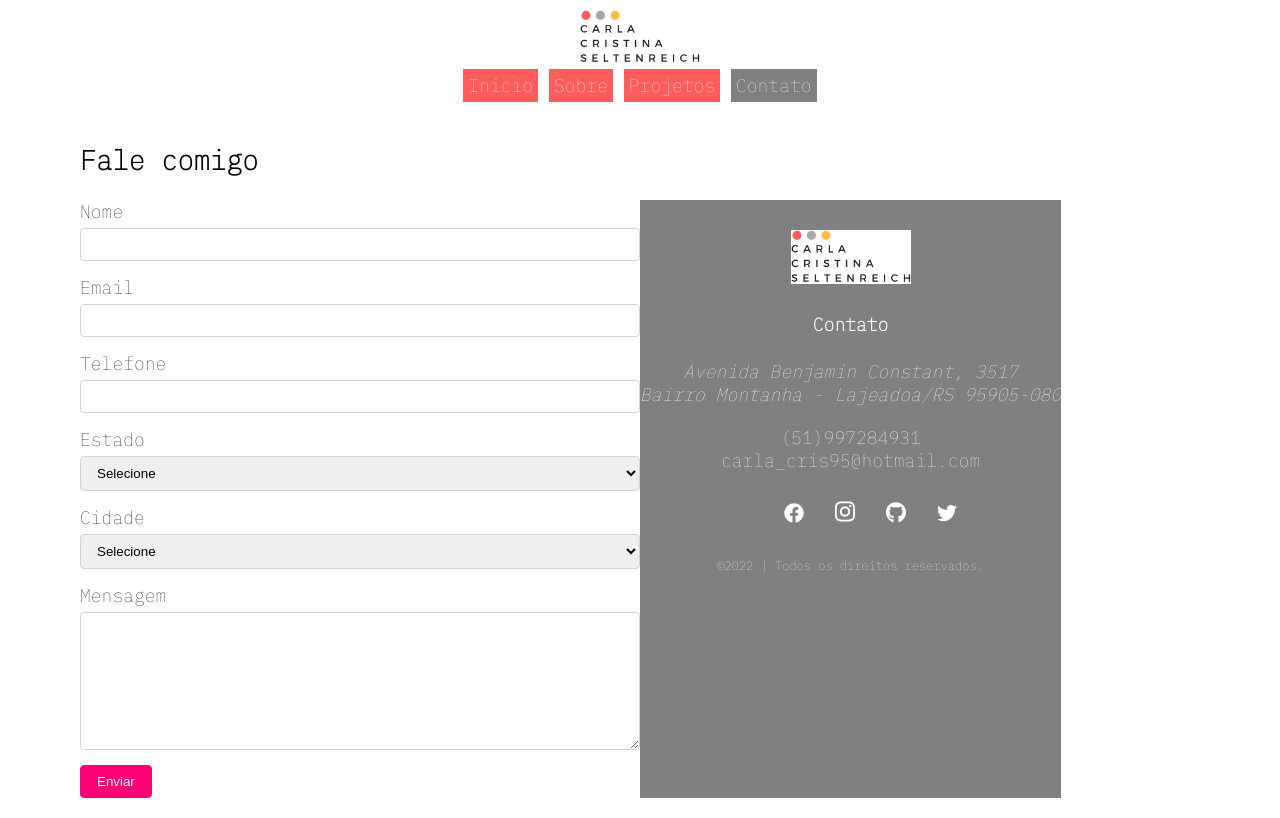
Repository: carla-seltenreich/portfolio
Page: contact.html
The author's editor kept a copy of each file at every save. The page is drawn from the files as they stood at one save, then again after the next save.
The browser window is 1280 px wide. The pictures show the whole page.

Above is the page before, as saved 2022-05-26 04:39:16.

### contact.html
<!DOCTYPE html>
<html lang="en">

<head>
    <meta charset="UTF-8">
    <meta http-equiv="X-UA-Compatible" content="IE=edge">
    <meta name="viewport" content="width=device-width, initial-scale=1.0">
    <title>Carla Cristina Seltenreich</title>
    <link rel="preconnect" href="https://fonts.googleapis.com">
    <link rel="preconnect" href="https://fonts.gstatic.com" crossorigin>
    <link rel="stylesheet" href="style.css">

    <link href="preconnect" href="https://fonts.googleapis.com">
    <link rel="preconnect" href="https://fonts.gstatic.com" crossorigin>
    <link href="https://fonts.googleapis.com/css2?family=IBM+Plex+Mono:wght@100&family=Questrial&display=swap"
        rel="stylesheet">
</head>

<body>
    <header class="header">
        <div class="container header-container">
            <a href="index.html"><img src="Carla cristina sELTENREICH.jpg" alt="logo" class="brand"></a>
            <ul class="nav">
                <li>
                    <a href="index.html">Inicio</a>
                </li>
                <li>
                    <a href="about.html">Sobre</a>
                </li>
                <li>
                    <a href="project.html">Projetos</a>
                </li>
                <li>
                    <a href="contact.html" class="active">Contato</a>
                </li>
            </ul>
        </div>
    </header>
    <section class="container">
        <h2>Fale comigo</h2>
        <div class="page-contact">
            <form class="page-contact-form">
                <div class="form-group">
                    <label for="name">Nome</label>
                    <input class="form-item" type="text" id="name" name="name">
                </div>
                <div class="form-group">
                    <label for="email">Email</label>
                    <input class="form-item" type="email" id="email" name="email">
                </div>
                <div class="form-group">
                    <label for="phone">Telefone</label>
                    <input class="form-item" type="tel" id="phone" name="phone">
                </div>
                <div class="form-group">
                    <label for="UF">Estado</label>
                    <select class="form-item" id="UF" name="UF">
                        <option value="">Selecione</option>
                        <option value="rs">RS</option>
                    </select>
                </div>
                <div class="form-group">
                    <label for="city">Cidade</label>
                    <select class="form-item" id="city" name="city">
                        <option value="">Selecione</option>
                        <option value="1">Lajeado</option>
                    </select>
                </div>
                <div class="form-group">
                    <label for="message">Mensagem</label>
                    <textarea class="form-item" id="message" name="message" rows="8"></textarea>
                </div>
                <input type="submit" value="Enviar" class="btn">
            </form>
    <footer class="footer">
        <div class="container">
            <a href="index.html"><img src="Carla cristina sELTENREICH.jpg" alt="logo" class="brand"></a>
            <div class="footer-container">
                <div class="footer-contact">
                    <h4>Contato</h4>

                    <address>Avenida Benjamin Constant, 3517 <br />Bairro Montanha - Lajeadoa/RS 95905-080
                    </address>
                    <a href="#">(51)997284931</a>
                    <a href="#">carla_cris95@hotmail.com</a>
                </div>

                <div class="footer-social-medias">
                    <ul class="social-medias">
                        <li><a href="https://www.facebook.com/carla.cristina.16144/"><img src="facebook-brands (1).svg"
                                    alt="logo-facebook" class="logo-socialmedia"></a></li>
                        <li><a href="https://www.instagram.com/100meat/"><img src="instagram-brands (1).svg"
                                    alt="logo-instagram" class="logo-socialmedia"></a></li>
                        <li><a href="https://github.com/carla-seltenreich"><img src="github-brands.svg"
                                    alt="logo-github" class="logo-socialmedia"></a></li>
                        <li><a href="https://twitter.com/100meat"><img src="twitter-brands (1).svg" alt="logo-twitter"
                                    class="logo-socialmedia"></a></li>
                    </ul>
                </div>
                <div class="copyright">©2022 | Todos os direitos reservados.</div>
            </div>
    </footer>
</body>

</html>

### style.css
body {
    font-family: 'IBM Plex Mono';
    font-size: 18px;
    padding-top: 120px;
    margin: 0;
}

.container {
    max-width: 1120px;
    margin: 0 auto;
}

.header {
    background: #fff;
    position: absolute;
    width: 100%;
    text-align: center;
    top: 0;
    z-index: 1;
    padding: 10px 0;
    box-sizing: border-box;
    align-items: center;
}

.brand {
    max-width: 120px;
}

.nav {
    margin: 0;
    padding: 0;
    list-style: none;
}

.nav li {
    background-color: #ff5c5c;
    display: inline-block;
}

.nav a {
    color: #fff;
    display: block;
    padding: 5px;
    text-decoration: none;
}

.nav a:hover {
    color: gray;

}

.nav a.active {
    color: #fff;
    background: gray;
}

.name {
    padding: 7px;
}

.name-title {
    text-align: center;
    font-size: 30px;
}


.photo-banner {
    background-color: #ff5c5c;
    width: 500px;
    display: block;
    max-width: 100%;
    margin: 0 auto;
    border-radius: 8px;
}

.lastest-projects-home {
    background-color: #ff5c5c;
    color: #fff;
    padding: 50px;
    position: center;
}

.logo-project {
    width: 30px;
    height: 30px;
}

.text-about-home {
    margin: 90px;
    top: 808px;
    font-style: normal;
    font-weight: 400;
    font-size: 15px;
    line-height: 30px;
    /* or 200% */

    display: flex;
    align-items: center;
}

.title-project {
    position: absolute;
    width: 800px;
    height: 57px;
    left: 283px;
    top: 156px;

    font-style: normal;
    font-weight: 600;
    font-size: 44px;
    line-height: 57px;
    display: flex;
    align-items: center;
}

.text-project {
    position: absolute;
    width: 800px;
    height: 120px;
    left: 283px;
    top: 233px;
    font-style: normal;
    font-weight: 400;
    font-size: 20px;
    line-height: 30px;
    /* or 200% */

    display: flex;
    align-items: center;

    color: black;
}

.about-me-text {
    line-height: 30px;
    padding: 5px 70px;
}

.work {
    line-height: 30px;
    padding: 30px 80px;
}

.footer {
    color: #fff;
    background: grey;
    padding: 30px 0;
    text-align: center;
}

.footer-container {
    display: block;
    justify-content: center;
}

.footer-contact a {
    display: block;
    color: #fff;
    text-decoration: none;
}

.footer-social-medias {}

.social-medias li {
    display: inline-block;
}

.social-meidas a {
    display: block;
    font-size: 25px;
    padding: 20px 10px;

}

.logo-socialmedia {
    width: 20px;
    padding: 10px;
}

.footer-contact address {
    margin-bottom: 20px;
}

.copyright {
    font-size: 12px;
    margin-top: 20px;
}

.page-contact {
    display: flex;
    margin-bottom: 20px;
}

.page-contact-info {
    padding-left: 30px;
}

.page-contact-info a,
.page-contact-info address {
    color: #ff0077;
    font-weight: 600;
    font-style: normal;
    text-decoration: none;
}

.page-contact-info h3 {
    color: #78706e;
    margin: 0 0 5px;
    font-size: 14px;
}

.page-contact-form {
    width: 50%;
}

.form-group {
    margin-bottom: 15px;
}

.form-group label {
    display: block;
    margin-bottom: 5px;
}
.form-item {
    width: 100%;
    display: block;
    padding: 0.5rem 0.75rem;
    border: 1px solid #ced4da;
    border-radius: 0.25rem;
    box-sizing: border-box;
}
.form-item:focus {
    outline: none;
    border-color: #fdb1d5;
}

.btn {
    color: #fff;
    padding: 8px 16px;
    text-decoration: none;
    border-radius: 4px;
    background: #ff0077;
    border: 1px solid #ff0077;

    @media screen and (min-width: 768px) {
        body {
            padding-top: 80px;
        }

        .header-container {
            display: flex;
            justify-content: space-between;
        }

        .nav a {
            padding: 20px 10px;
        }
    }

### facebook-brands (1).svg
<svg xmlns="http://www.w3.org/2000/svg" viewBox="0 0 512 512"><!--! Font Awesome Pro 6.1.1 by @fontawesome - https://fontawesome.com License - https://fontawesome.com/license (Commercial License) Copyright 2022 Fonticons, Inc. --><path fill="#fff" d="M504 256C504 119 393 8 256 8S8 119 8 256c0 123.78 90.69 226.38 209.25 245V327.69h-63V256h63v-54.64c0-62.15 37-96.48 93.67-96.48 27.14 0 55.52 4.84 55.52 4.84v61h-31.28c-30.8 0-40.41 19.12-40.41 38.73V256h68.78l-11 71.69h-57.78V501C413.31 482.38 504 379.78 504 256z"/></svg>

### instagram-brands (1).svg
<svg xmlns="http://www.w3.org/2000/svg" viewBox="0 0 448 512"><!--! Font Awesome Pro 6.1.1 by @fontawesome - https://fontawesome.com License - https://fontawesome.com/license (Commercial License) Copyright 2022 Fonticons, Inc. --><path fill="#fff" d="M224.1 141c-63.6 0-114.9 51.3-114.9 114.9s51.3 114.9 114.9 114.9S339 319.5 339 255.9 287.7 141 224.1 141zm0 189.6c-41.1 0-74.7-33.5-74.7-74.7s33.5-74.7 74.7-74.7 74.7 33.5 74.7 74.7-33.6 74.7-74.7 74.7zm146.4-194.3c0 14.9-12 26.8-26.8 26.8-14.9 0-26.8-12-26.8-26.8s12-26.8 26.8-26.8 26.8 12 26.8 26.8zm76.1 27.2c-1.7-35.9-9.9-67.7-36.2-93.9-26.2-26.2-58-34.4-93.9-36.2-37-2.1-147.9-2.1-184.9 0-35.8 1.7-67.6 9.9-93.9 36.1s-34.4 58-36.2 93.9c-2.1 37-2.1 147.9 0 184.9 1.7 35.9 9.9 67.7 36.2 93.9s58 34.4 93.9 36.2c37 2.1 147.9 2.1 184.9 0 35.9-1.7 67.7-9.9 93.9-36.2 26.2-26.2 34.4-58 36.2-93.9 2.1-37 2.1-147.8 0-184.8zM398.8 388c-7.8 19.6-22.9 34.7-42.6 42.6-29.5 11.7-99.5 9-132.1 9s-102.7 2.6-132.1-9c-19.6-7.8-34.7-22.9-42.6-42.6-11.7-29.5-9-99.5-9-132.1s-2.6-102.7 9-132.1c7.8-19.6 22.9-34.7 42.6-42.6 29.5-11.7 99.5-9 132.1-9s102.7-2.6 132.1 9c19.6 7.8 34.7 22.9 42.6 42.6 11.7 29.5 9 99.5 9 132.1s2.7 102.7-9 132.1z"/></svg>

### github-brands.svg
<svg xmlns="http://www.w3.org/2000/svg" viewBox="0 0 496 512"><!--! Font Awesome Pro 6.1.1 by @fontawesome - https://fontawesome.com License - https://fontawesome.com/license (Commercial License) Copyright 2022 Fonticons, Inc. --><path fill="#fff" d="M165.9 397.4c0 2-2.3 3.6-5.2 3.6-3.3.3-5.6-1.3-5.6-3.6 0-2 2.3-3.6 5.2-3.6 3-.3 5.6 1.3 5.6 3.6zm-31.1-4.5c-.7 2 1.3 4.3 4.3 4.9 2.6 1 5.6 0 6.2-2s-1.3-4.3-4.3-5.2c-2.6-.7-5.5.3-6.2 2.3zm44.2-1.7c-2.9.7-4.9 2.6-4.6 4.9.3 2 2.9 3.3 5.9 2.6 2.9-.7 4.9-2.6 4.6-4.6-.3-1.9-3-3.2-5.9-2.9zM244.8 8C106.1 8 0 113.3 0 252c0 110.9 69.8 205.8 169.5 239.2 12.8 2.3 17.3-5.6 17.3-12.1 0-6.2-.3-40.4-.3-61.4 0 0-70 15-84.7-29.8 0 0-11.4-29.1-27.8-36.6 0 0-22.9-15.7 1.6-15.4 0 0 24.9 2 38.6 25.8 21.9 38.6 58.6 27.5 72.9 20.9 2.3-16 8.8-27.1 16-33.7-55.9-6.2-112.3-14.3-112.3-110.5 0-27.5 7.6-41.3 23.6-58.9-2.6-6.5-11.1-33.3 2.6-67.9 20.9-6.5 69 27 69 27 20-5.6 41.5-8.5 62.8-8.5s42.8 2.9 62.8 8.5c0 0 48.1-33.6 69-27 13.7 34.7 5.2 61.4 2.6 67.9 16 17.7 25.8 31.5 25.8 58.9 0 96.5-58.9 104.2-114.8 110.5 9.2 7.9 17 22.9 17 46.4 0 33.7-.3 75.4-.3 83.6 0 6.5 4.6 14.4 17.3 12.1C428.2 457.8 496 362.9 496 252 496 113.3 383.5 8 244.8 8zM97.2 352.9c-1.3 1-1 3.3.7 5.2 1.6 1.6 3.9 2.3 5.2 1 1.3-1 1-3.3-.7-5.2-1.6-1.6-3.9-2.3-5.2-1zm-10.8-8.1c-.7 1.3.3 2.9 2.3 3.9 1.6 1 3.6.7 4.3-.7.7-1.3-.3-2.9-2.3-3.9-2-.6-3.6-.3-4.3.7zm32.4 35.6c-1.6 1.3-1 4.3 1.3 6.2 2.3 2.3 5.2 2.6 6.5 1 1.3-1.3.7-4.3-1.3-6.2-2.2-2.3-5.2-2.6-6.5-1zm-11.4-14.7c-1.6 1-1.6 3.6 0 5.9 1.6 2.3 4.3 3.3 5.6 2.3 1.6-1.3 1.6-3.9 0-6.2-1.4-2.3-4-3.3-5.6-2z"/></svg>

### twitter-brands (1).svg
<svg xmlns="http://www.w3.org/2000/svg" viewBox="0 0 512 512"><!--! Font Awesome Pro 6.1.1 by @fontawesome - https://fontawesome.com License - https://fontawesome.com/license (Commercial License) Copyright 2022 Fonticons, Inc. --><path fill="#fff" d="M459.37 151.716c.325 4.548.325 9.097.325 13.645 0 138.72-105.583 298.558-298.558 298.558-59.452 0-114.68-17.219-161.137-47.106 8.447.974 16.568 1.299 25.34 1.299 49.055 0 94.213-16.568 130.274-44.832-46.132-.975-84.792-31.188-98.112-72.772 6.498.974 12.995 1.624 19.818 1.624 9.421 0 18.843-1.3 27.614-3.573-48.081-9.747-84.143-51.98-84.143-102.985v-1.299c13.969 7.797 30.214 12.67 47.431 13.319-28.264-18.843-46.781-51.005-46.781-87.391 0-19.492 5.197-37.36 14.294-52.954 51.655 63.675 129.3 105.258 216.365 109.807-1.624-7.797-2.599-15.918-2.599-24.04 0-57.828 46.782-104.934 104.934-104.934 30.213 0 57.502 12.67 76.67 33.137 23.715-4.548 46.456-13.32 66.599-25.34-7.798 24.366-24.366 44.833-46.132 57.827 21.117-2.273 41.584-8.122 60.426-16.243-14.292 20.791-32.161 39.308-52.628 54.253z"/></svg>

After the next save:
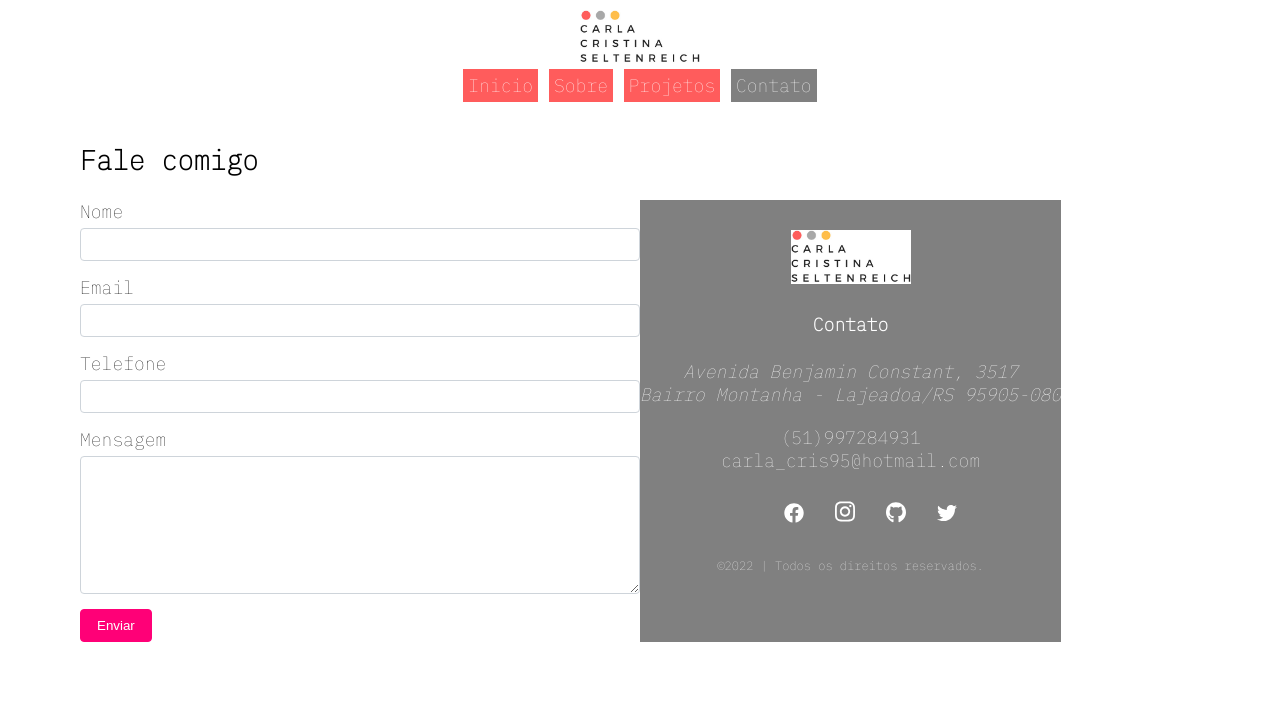
Saved 83 s later.
--- a/contact.html
+++ b/contact.html
@@ -53,20 +53,6 @@
                     <input class="form-item" type="tel" id="phone" name="phone">
                 </div>
                 <div class="form-group">
-                    <label for="UF">Estado</label>
-                    <select class="form-item" id="UF" name="UF">
-                        <option value="">Selecione</option>
-                        <option value="rs">RS</option>
-                    </select>
-                </div>
-                <div class="form-group">
-                    <label for="city">Cidade</label>
-                    <select class="form-item" id="city" name="city">
-                        <option value="">Selecione</option>
-                        <option value="1">Lajeado</option>
-                    </select>
-                </div>
-                <div class="form-group">
                     <label for="message">Mensagem</label>
                     <textarea class="form-item" id="message" name="message" rows="8"></textarea>
                 </div>
